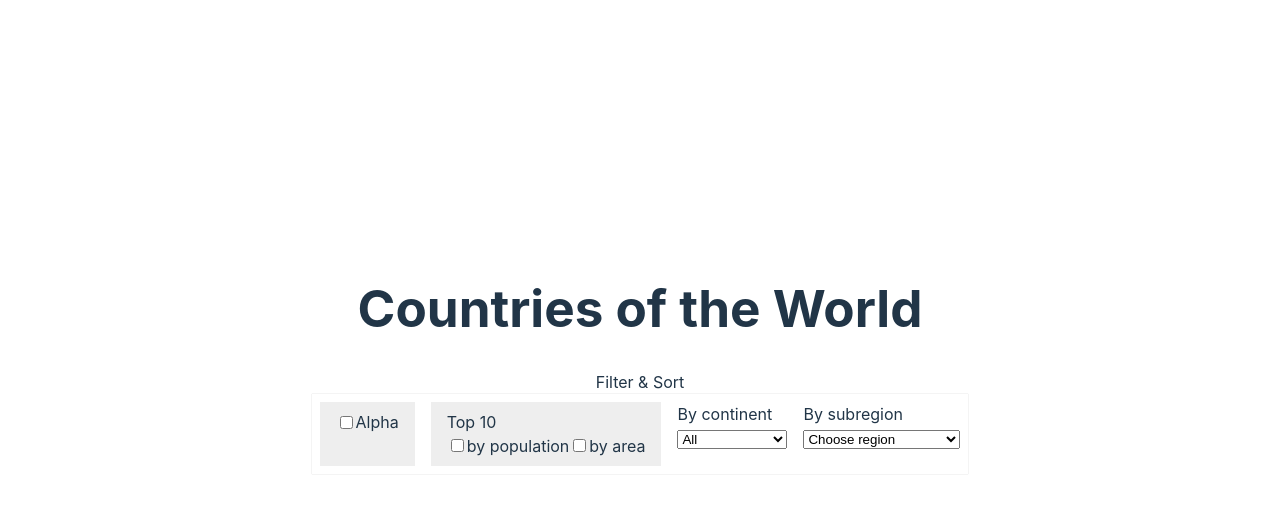
Repository: SamanthaYan298/my_countries
Page: /
The author's editor kept a copy of each file at every save. The page is drawn from the files as they stood at one save, then again after the next save.
The browser window is 1280 px wide. The pictures show the whole page.
The project was rebuilt for these pictures with package versions that can differ from the ones it lists, and the page was loaded fresh each time. Also part of the build but not shown: vite.config.js.

Above is the page before, as saved 2024-11-04 17:42:23.

After the next save:
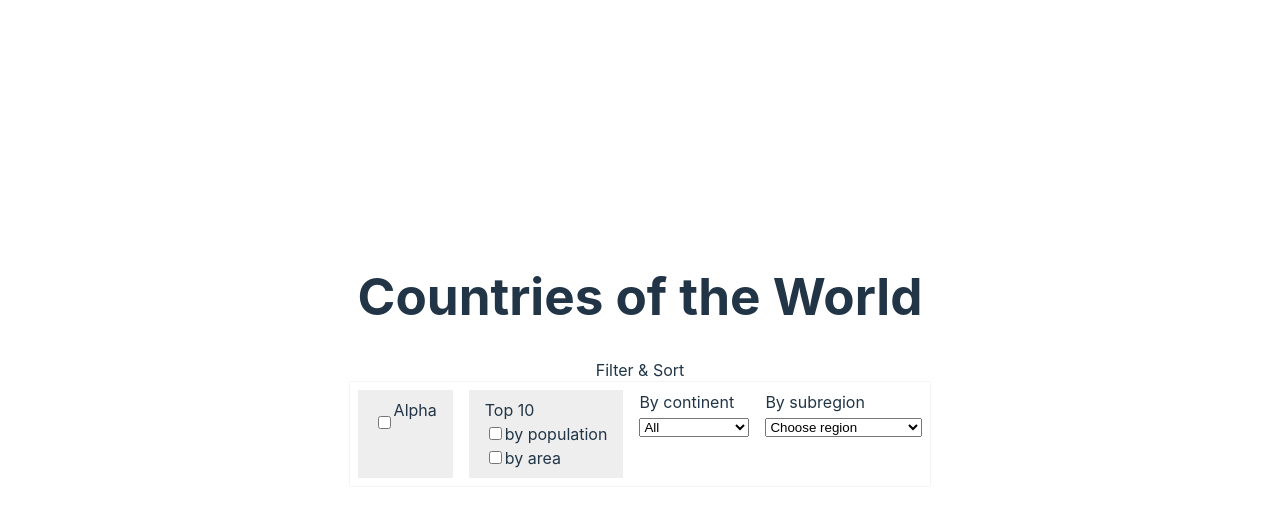
Saved 34 s later.
--- a/src/App.jsx
+++ b/src/App.jsx
@@ -17,10 +17,16 @@ function App() {
             <div className='categories'>
               <p>Top 10</p>
               <div className='options'>
-                <input type="checkbox"/>
-                <label htmlFor="by-population">by population</label>
-                <input type="checkbox" />
-                <label htmlFor="by-area">by area</label>
+                <div>
+                  <input type="checkbox"/>
+                  <label htmlFor="by-population">by population</label>
+                </div>
+                <div>
+                  <input type="checkbox" />
+                  <label htmlFor="by-area">by area</label>
+                </div>
+
+
               </div>
             </div>
             <div>
